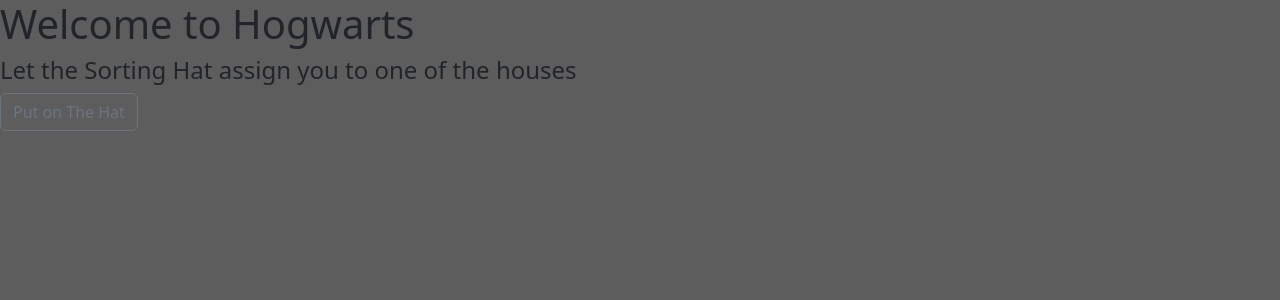
Repository: fernandabenavides618nash/INDIVIDUAL-PROJECT-sorting-hat
Page: index.html
The author's editor kept a copy of each file at every save. The page is drawn from the files as they stood at one save, then again after the next save.
The browser window is 1280 px wide. The pictures show the whole page.

Above is the page before, as saved 2023-05-03 20:40:52.

After the next save:
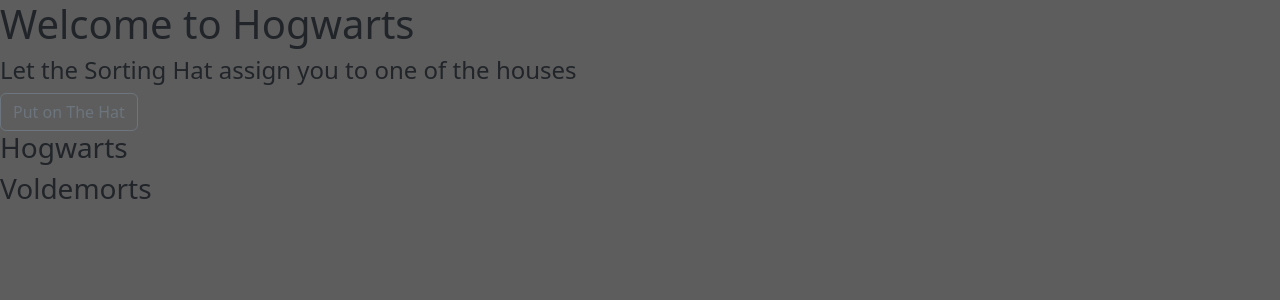
Saved 2 min 4 s later.
--- a/index.html
+++ b/index.html
@@ -11,8 +11,8 @@
 <body>
   <div class="intro" id="intro-screen"></div>
   <div class="form" id="form-div"></div>
-  <div class="students" id="students-div"></div>
-  <div class="expelled" id="expelled-div"></div>
+  <div class="students" id="students-div"><h3>Hogwarts</h3></div>
+  <div class="expelled" id="expelled-div"><h3>Voldemorts</h3></div>
   <div class="app" id="app"></div>
   <script src="https://cdn.jsdelivr.net/npm/bootstrap@5.3.0-alpha3/dist/js/bootstrap.bundle.min.js" integrity="sha384-ENjdO4Dr2bkBIFxQpeoTz1HIcje39Wm4jDKdf19U8gI4ddQ3GYNS7NTKfAdVQSZe" crossorigin="anonymous"></script>
   <script src="main.js"></script>

After the 2 saves that followed:
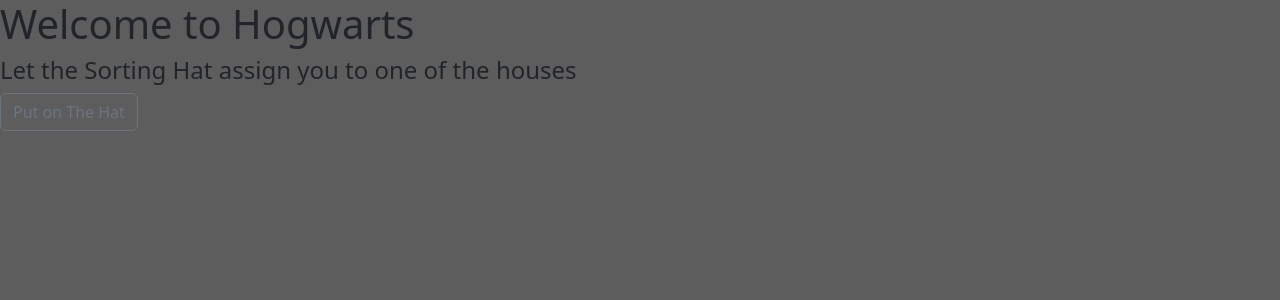
The 2 saves are shown as one change because 1 left the picture as it was.
The last was saved 6 min 11 s later.
--- a/index.html
+++ b/index.html
@@ -11,8 +11,7 @@
 <body>
   <div class="intro" id="intro-screen"></div>
   <div class="form" id="form-div"></div>
-  <div class="students" id="students-div"><h3>Hogwarts</h3></div>
-  <div class="expelled" id="expelled-div"><h3>Voldemorts</h3></div>
+  <div class="school" id="school-div"></div>
   <div class="app" id="app"></div>
   <script src="https://cdn.jsdelivr.net/npm/bootstrap@5.3.0-alpha3/dist/js/bootstrap.bundle.min.js" integrity="sha384-ENjdO4Dr2bkBIFxQpeoTz1HIcje39Wm4jDKdf19U8gI4ddQ3GYNS7NTKfAdVQSZe" crossorigin="anonymous"></script>
   <script src="main.js"></script>
--- a/main.js
+++ b/main.js
@@ -58,12 +58,16 @@
   renderToDom("#intro-screen", initialScreen);
   const showFormButton = document.querySelector("#startButton");
   showFormButton.addEventListener("click", () => {
+    const schoolString = `  <div class="students" id="students-div"><h3>Hogwarts</h3></div>
+    <div class="expelled" id="expelled-div"><h3>Voldemorts</h3></div>`
     renderToDom("#form-div", formHtml);
     const btnSort = document.querySelector('#sort')
     btnSort.addEventListener('click', () => {
+      renderToDom('#school-div', schoolString)
       const name = document.querySelector('#name').value
       createNewStudent(name)
     })
+
   });
 };
 start();
